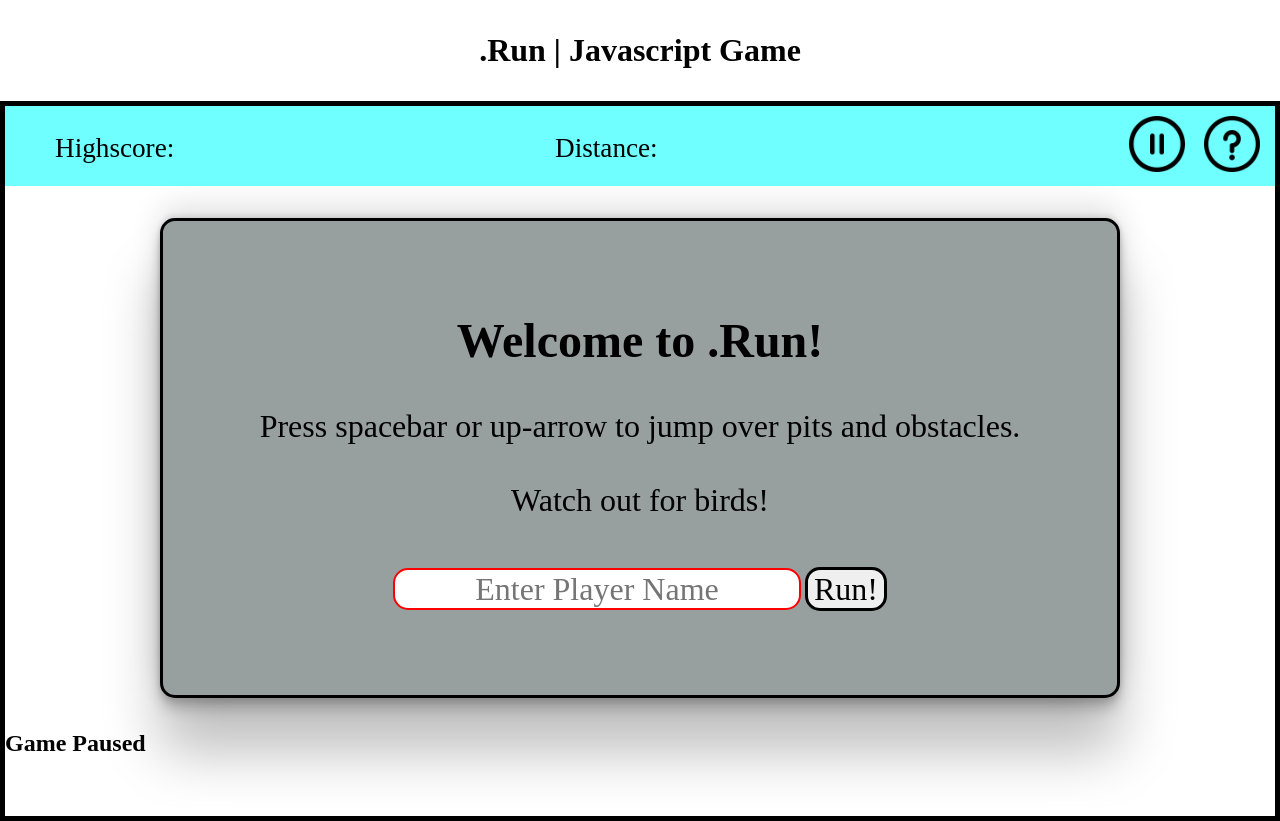
Repository: jellymel0n/bit-biker
Page: index.html
The author's editor kept a copy of each file at every save. The page is drawn from the files as they stood at one save, then again after the next save.
The browser window is 1280 px wide. The pictures show the whole page.

Above is the page before, as saved 2021-07-05 10:06:05.

After the next save:
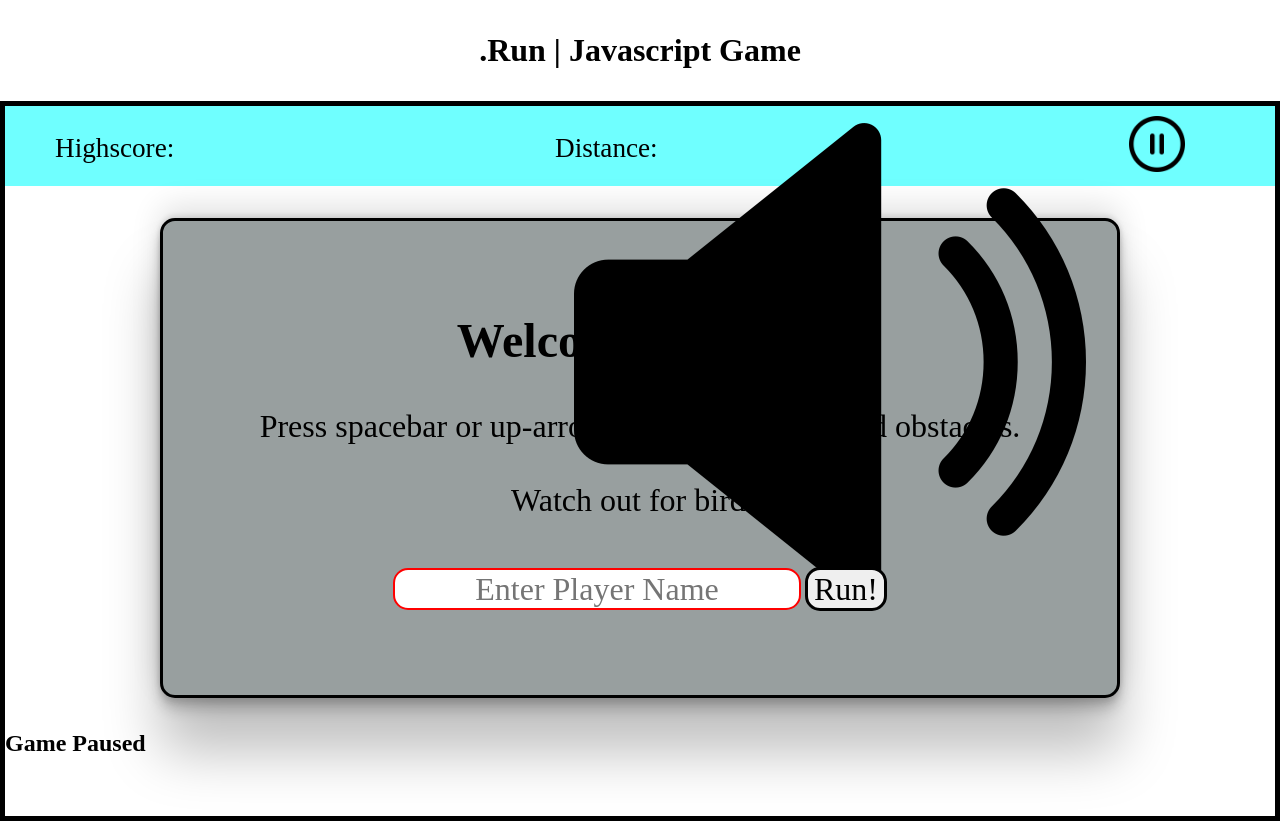
Saved 3 min 26 s later.
--- a/index.html
+++ b/index.html
@@ -21,8 +21,8 @@
             <div id='btn-pause'>
                 <img src="assets/graphics/icons/pause.png" alt="pause button, circle around a pause icon">
             </div>
-            <div id='btn-help'>
-                <img src="assets/graphics/icons/information.png" alt="help button, circle around a question mark">
+            <div id='btn-volume'>
+                <img src="assets/graphics/icons/volume.png" alt="volume button, speaker icon">
             </div>
         </div>
         <!-- End of game board header -->
@@ -43,6 +43,14 @@
         <div class="pause-screen">
             <h2>Game Paused</h2>
 
+            <div class="pause-btns">
+                <div class="help-btn">
+
+                </div>
+                <div class="quit-btn">
+
+                </div>
+            </div>
         </div>
         <!-- End of Pause Screen -->
 

After the 2 saves that followed:
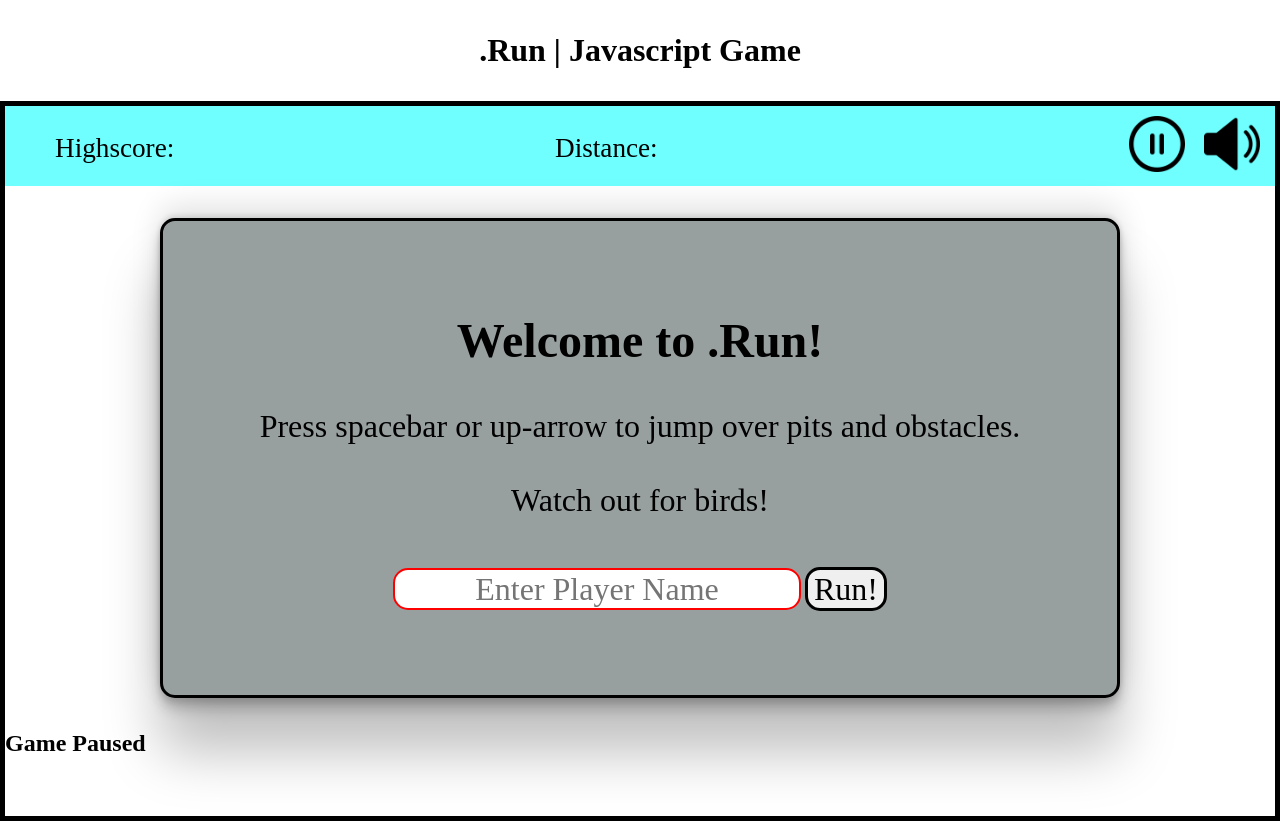
The 2 saves are shown as one change because 1 left the picture as it was.
The last was saved 69 s later.
--- a/index.html
+++ b/index.html
@@ -55,7 +55,9 @@
         <!-- End of Pause Screen -->
 
         <!-- Help Screen -->
+        <div class="help-screen">
 
+        </div>
         <!-- End of Help Screen -->
 
     </main>
--- a/styles/styles.css
+++ b/styles/styles.css
@@ -49,14 +49,14 @@ div#game-header {
     cursor: pointer;
 }
 
-#btn-help img {
+#btn-volume img {
     position: absolute;
     width: 3.5rem;
     right: 15px;
     top: 10px;
 }
 
-#btn-help img:hover {
+#btn-volume img:hover {
     transform: scale(1.1);
     cursor: pointer;
 }
